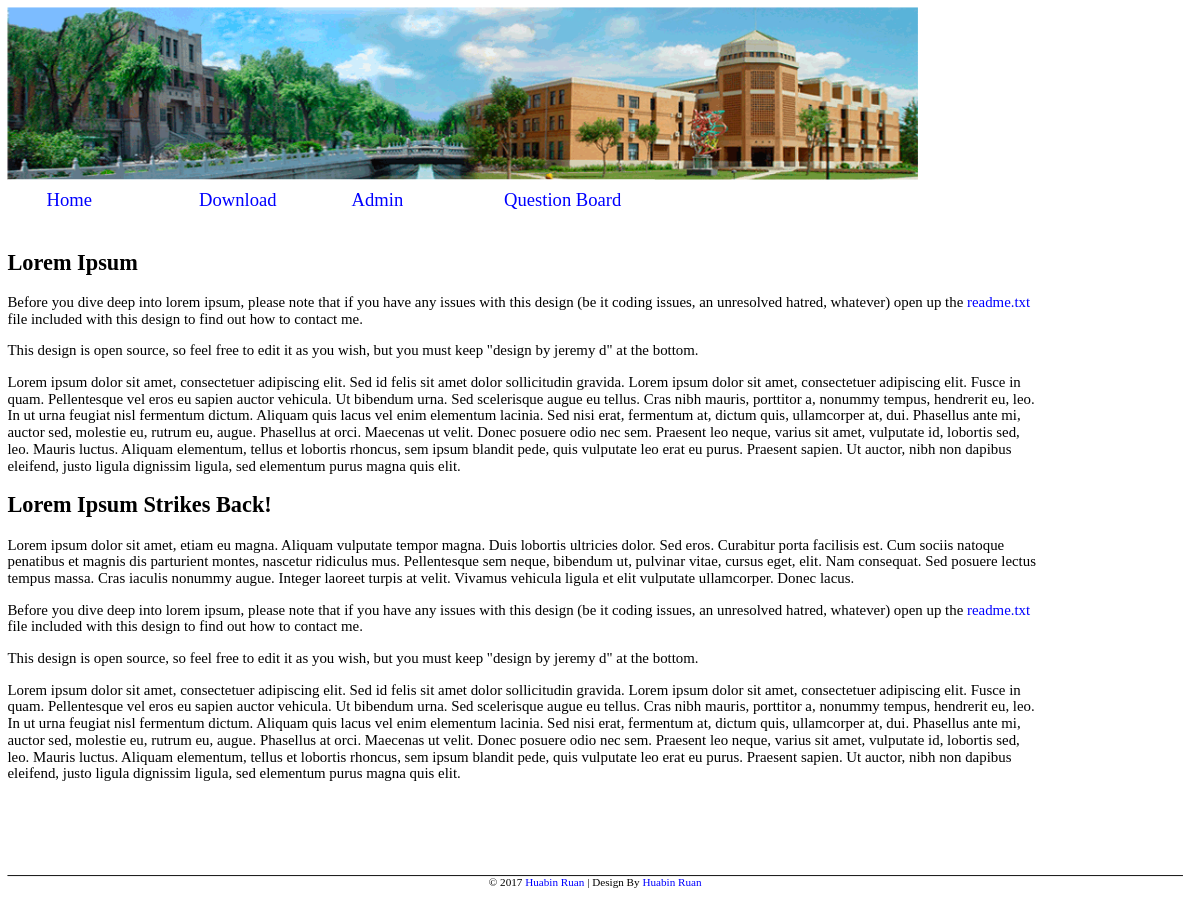
Repository: ruanhuabin/LifeSoftwareWebSite
Page: http://localhost/CryoEM/
The author's editor kept a copy of each file at every save. The page is drawn from the files as they stood at one save, then again after the next save.
The browser window is 1280 px wide. The pictures show the whole page, at 93% of full size.
The page is served by Tomcat 9. Nobody is signed in. The application's start-up code is not run.

Above is the page before, as saved 2017-08-04 03:02:10.

After the next save:
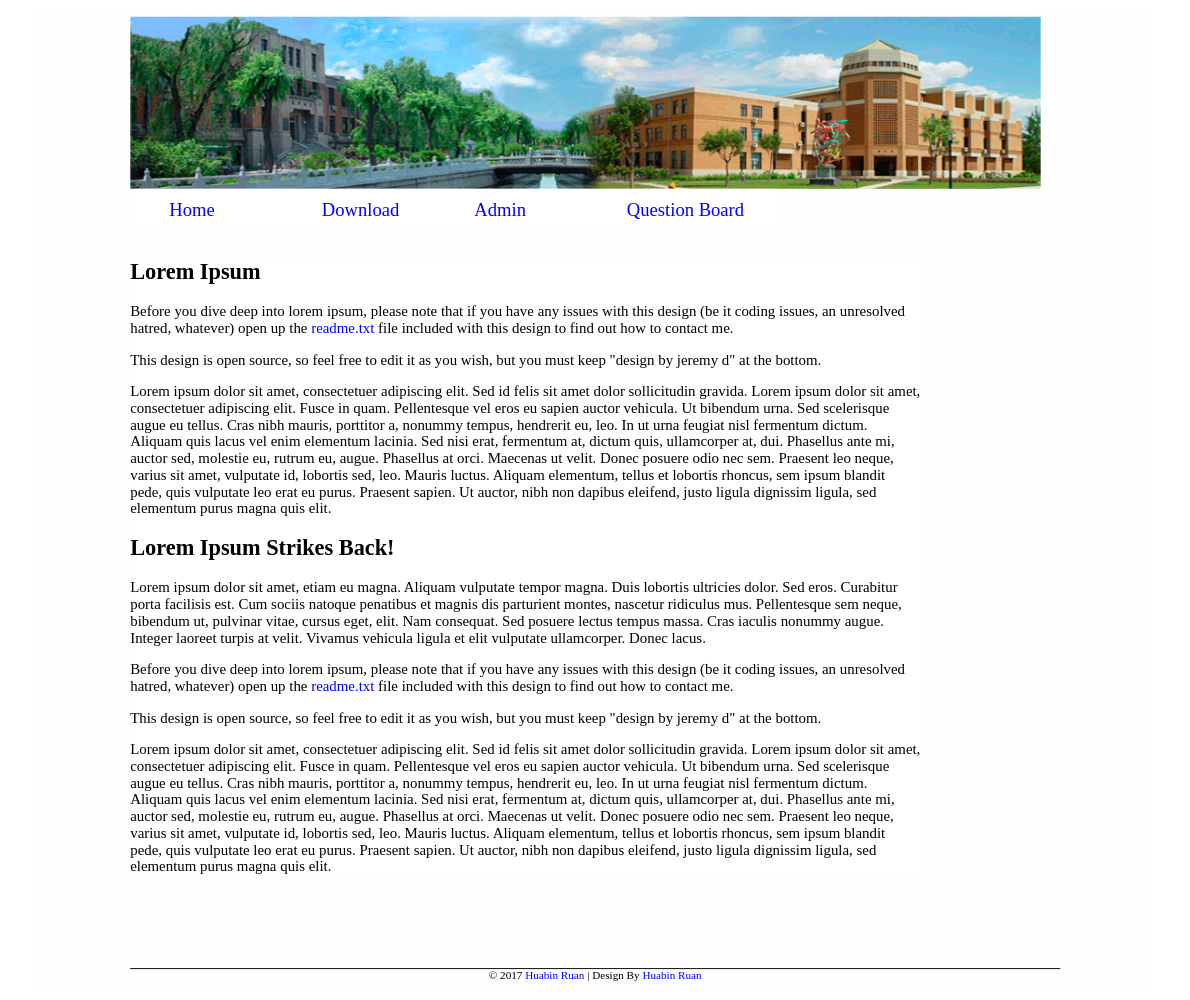
Saved 24 s later.
--- a/CryoEM/WebRoot/index.jsp
+++ b/CryoEM/WebRoot/index.jsp
@@ -20,7 +20,7 @@ String basePath = request.getScheme()+"://"+request.getServerName()+":"+request.
 
 
 
-<div id="main_container">
+<div id="main-container">
 
 	<div id="header">
 </div>
